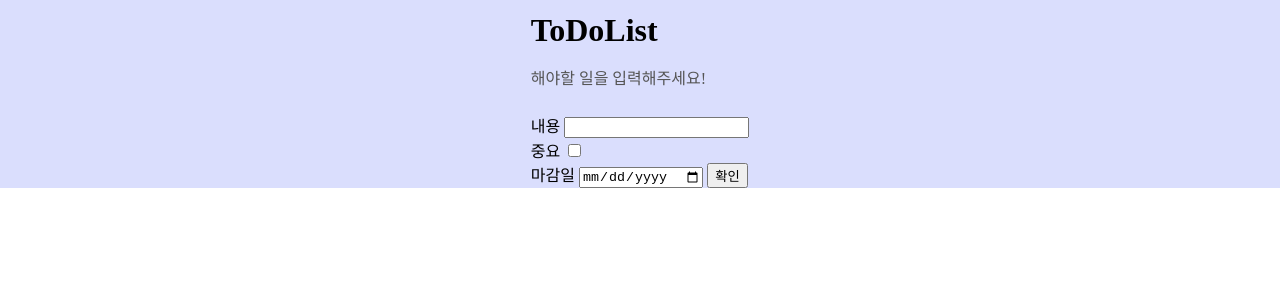
Repository: leesaereum/ToDoList
Page: http://localhost/ToDo/create.jsp
The author's editor kept a copy of each file at every save. The page is drawn from the files as they stood at one save, then again after the next save.
The browser window is 1280 px wide. The pictures show the whole page.
The page is served by Tomcat 9. Other server files are loaded and not shown.

Above is the page before, as saved 2022-03-29 06:34:48.

### ToDo/src/main/webapp/create.jsp
<%@ page language="java" contentType="text/html; charset=UTF-8"
    pageEncoding="UTF-8"%>
<!DOCTYPE html>
<html>
<head>
<meta charset="UTF-8">
<style type="text/css">
<title>ToDoList작성</title>

html{
	height: 100%;
}
body{
	margin: 0;
	padding: 0;
	height: 100%;
}
.signIn__wrap{
	width: 100%;
	height: 100%;
	display:flex;
	justify-content: center;
	align-items: center;
	background-color: #DADEFD
}
.signIn__content{
	width: 280px;
	height: 400px;
	padding: 30px;
	background-color: white;
	border-radius: 16px;
}
.signIn__title{
	margin: 12px 0 16px;
}
.signIn__description{
	color: #555;
	margin: 0 0 24px;
}
.signIn__subTitle{
	font-size: 14px;
	font-weight: bold;
	margin: 4px 0;
}
.signIn__liner{
	margin-bottom: 16px;
}
.signIn__input{
	width: 280px;
	height: 40px;
	box-sizing: border-box;
	border-radius: 32px;
	border: 1px solid #aaa;
	padding: 8px 16px;
	line-height: 24px;
}
.signIn__submit{
	width: 280px;
	background-color:royalblue;
	color: white;
	height: 44px;
	margin: 24px 0;
	border-radius: 32px;
	cursor: pointer;
}
.signIn__info{
	margin: 0;
	font-size: 14px;
}
</style>
</head>
<body>
<div class="signIn__wrap">
<div class="signIn_content">
<h1 class="signIn__title">ToDoList</h1>
<p class="signIn__description">해야할 일을 입력해주세요!</p>
	<form action="create_list.do" method="get">
			<div class="signIn_liner">
		내용 <input type="text" name="content">
			</div>
		<div class="signIn_liner">
		중요 <input type="checkbox" name="isImportant" value = "1">
		</div>
			마감일
			<input type="date" name="finishDate">

			<input type="submit" value="확인">
		</form>
</div>
</div>




</body>
</html>

After the next save:
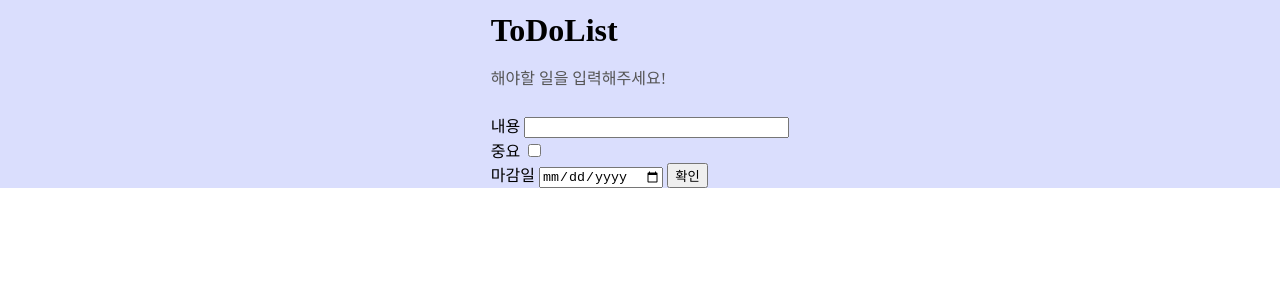
Saved 2 min 22 s later.
--- a/ToDo/src/main/webapp/create.jsp
+++ b/ToDo/src/main/webapp/create.jsp
@@ -76,7 +76,7 @@ body{
 <p class="signIn__description">해야할 일을 입력해주세요!</p>
 	<form action="create_list.do" method="get">
 			<div class="signIn_liner">
-		내용 <input type="text" name="content">
+		내용 <input type="text" name="content" size="30">
 			</div>
 		<div class="signIn_liner">
 		중요 <input type="checkbox" name="isImportant" value = "1">
